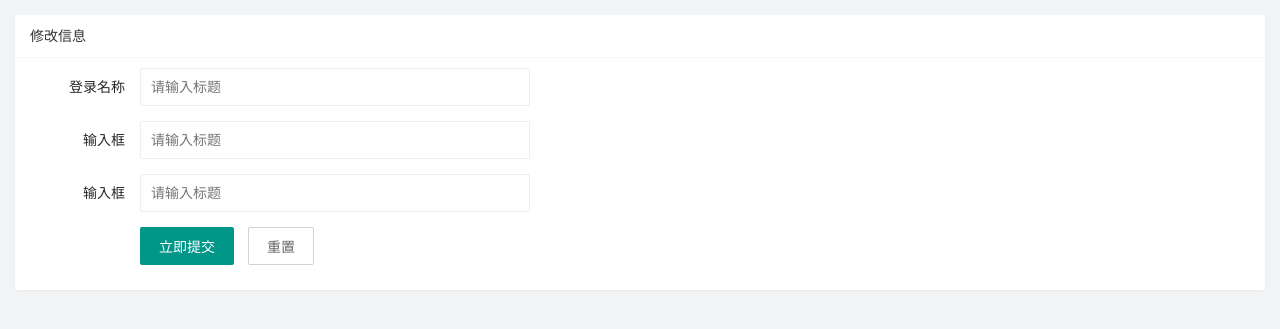
Repository: 1zhoukexin/web_aad
Page: user/user_info.html
An editor plug-in stored every save of this project. The page is shown before and after the next save, followed by the edit.
The browser window is 1280 px wide. The pictures show the whole page.

Above is the page before, as saved 2021-04-17 12:23:47.

### user/user_info.html
<!DOCTYPE html>
<html lang="en">

<head>
    <meta charset="UTF-8">
    <meta http-equiv="X-UA-Compatible" content="IE=edge">
    <meta name="viewport" content="width=device-width, initial-scale=1.0">
    <title>Document</title>
    <link rel="stylesheet" href="/assets/lib/layui/css/layui.css">
    <link rel="stylesheet" href="/assets/css/user/user_info.css">

</head>

<body>
    <!-- 卡片区 -->
    <div class="layui-card">
        <div class="layui-card-header">修改信息</div>
        <div class="layui-card-body">

            <!-- //form表单区 -->
            <form class="layui-form" action="">
                <div class="layui-form-item">
                    <label class="layui-form-label">登录名称</label>
                    <div class="layui-input-block">
                        <input type="text" name="title" required lay-verify="required" placeholder="请输入标题" autocomplete="off" class="layui-input">
                    </div>
                </div>
                <div class="layui-form-item">
                    <label class="layui-form-label">输入框</label>
                    <div class="layui-input-block">
                        <input type="text" name="title" required lay-verify="required" placeholder="请输入标题" autocomplete="off" class="layui-input">
                    </div>
                </div>
                <div class="layui-form-item">
                    <label class="layui-form-label">输入框</label>
                    <div class="layui-input-block">
                        <input type="text" name="title" required lay-verify="required" placeholder="请输入标题" autocomplete="off" class="layui-input">
                    </div>
                </div>
                <div class="layui-form-item">
                    <div class="layui-input-block">
                        <button class="layui-btn" lay-submit lay-filter="formDemo">立即提交</button>
                        <button type="reset" class="layui-btn layui-btn-primary">重置</button>
                    </div>
                </div>
            </form>
        </div>
    </div>
</body>

</html>

### assets/css/user/user_info.css
html {
    padding: 0;
    margin: 0;
}

body {
    background-color: #f2f3f5;
    padding: 15px;
}

.layui-form {
    width: 500px;
}

Loaded but not shown: assets/lib/layui/css/layui.css (library)

After the next save:
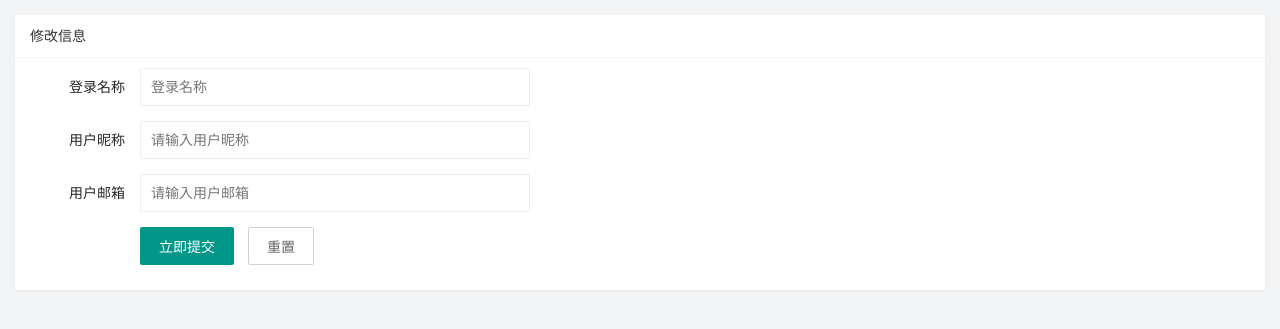
Saved 44 s later.
--- a/user/user_info.html
+++ b/user/user_info.html
@@ -22,19 +22,19 @@
                 <div class="layui-form-item">
                     <label class="layui-form-label">登录名称</label>
                     <div class="layui-input-block">
-                        <input type="text" name="title" required lay-verify="required" placeholder="请输入标题" autocomplete="off" class="layui-input">
+                        <input type="text" name="title" required lay-verify="required" placeholder="登录名称" autocomplete="off" class="layui-input">
                     </div>
                 </div>
                 <div class="layui-form-item">
-                    <label class="layui-form-label">输入框</label>
+                    <label class="layui-form-label">用户昵称</label>
                     <div class="layui-input-block">
-                        <input type="text" name="title" required lay-verify="required" placeholder="请输入标题" autocomplete="off" class="layui-input">
+                        <input type="text" name="title" required lay-verify="required" placeholder="请输入用户昵称" autocomplete="off" class="layui-input">
                     </div>
                 </div>
                 <div class="layui-form-item">
-                    <label class="layui-form-label">输入框</label>
+                    <label class="layui-form-label">用户邮箱</label>
                     <div class="layui-input-block">
-                        <input type="text" name="title" required lay-verify="required" placeholder="请输入标题" autocomplete="off" class="layui-input">
+                        <input type="text" name="title" required lay-verify="required" placeholder="请输入用户邮箱" autocomplete="off" class="layui-input">
                     </div>
                 </div>
                 <div class="layui-form-item">
